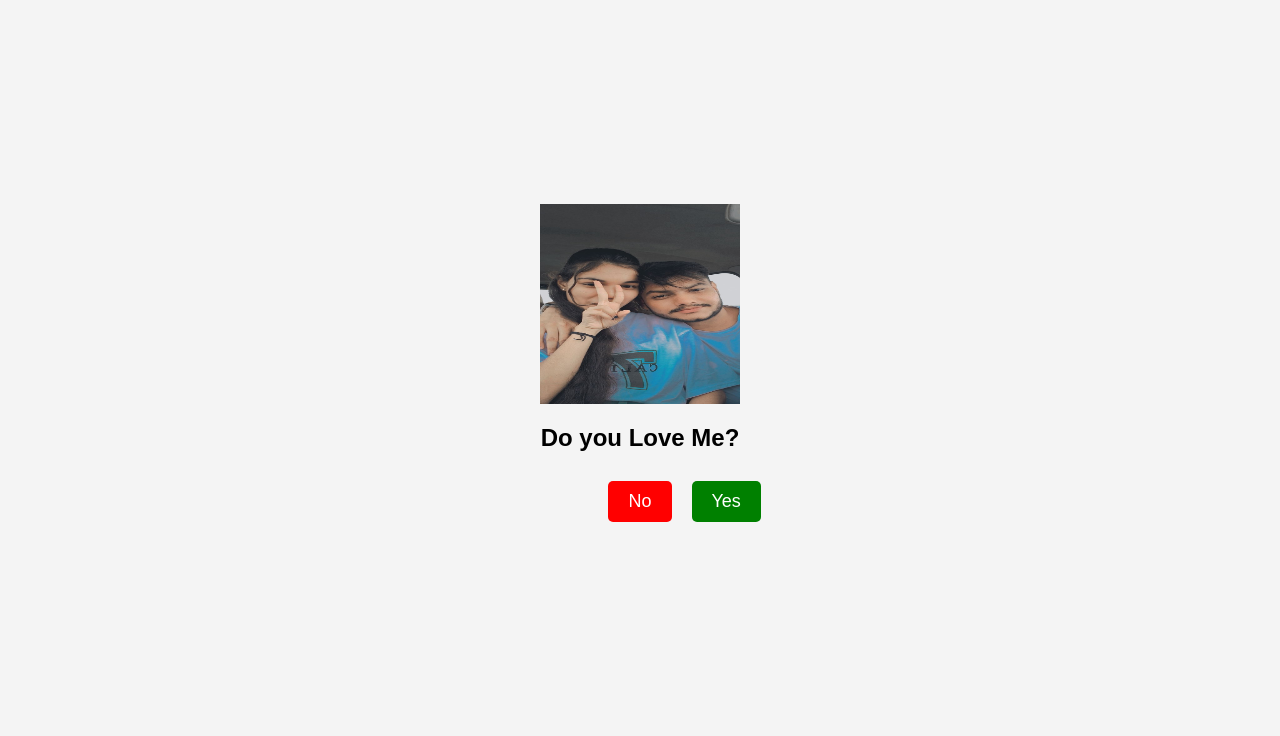
Repository: JishuChouhan/MyCode
Page: yes.html
These files come from the project's save history. The page is drawn as it stood at one moment and after the next save; the edit follows.
The browser window is 1280 px wide. The pictures show the whole page.

Above is the page before, as saved 2025-02-17 17:43:56.

After the next save:
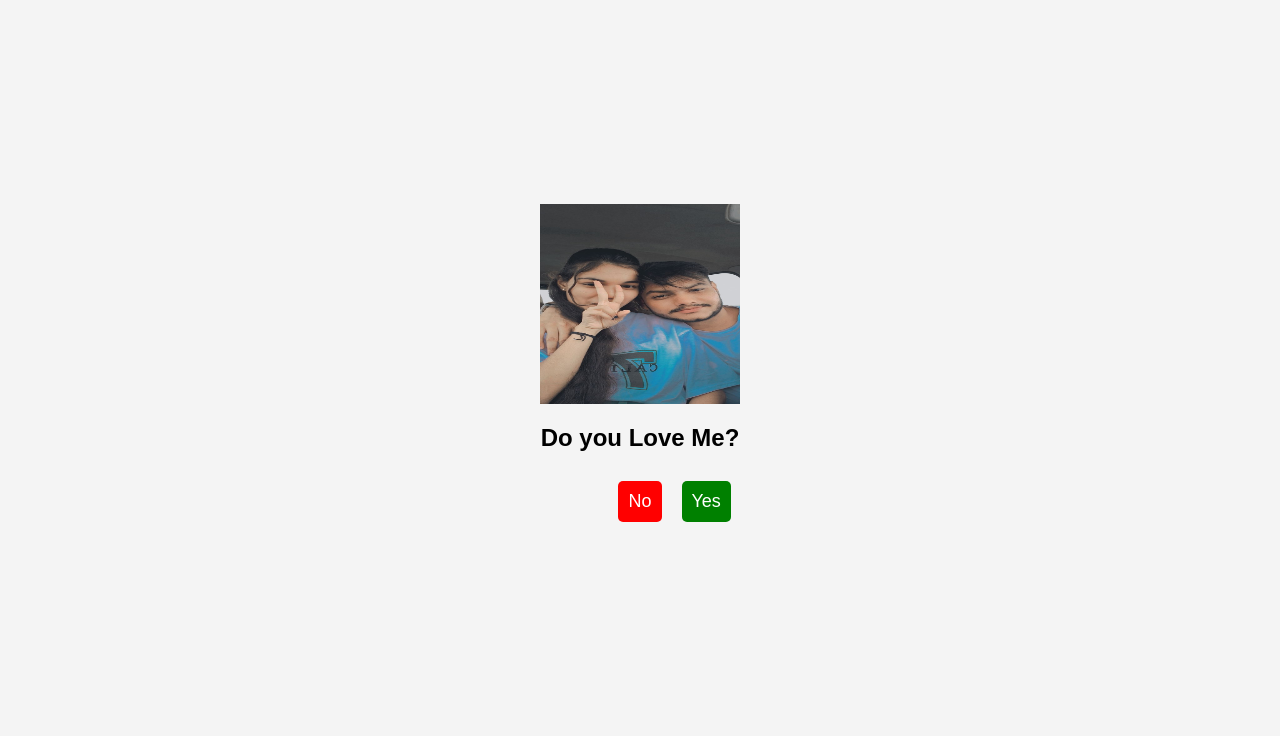
Saved 20 s later.
--- a/yes.html
+++ b/yes.html
@@ -20,7 +20,7 @@
             text-align: center;
         }
         .btn {
-            padding: 10px 20px;
+            padding: 10px;
             font-size: 18px;
             border: none;
             cursor: pointer;
